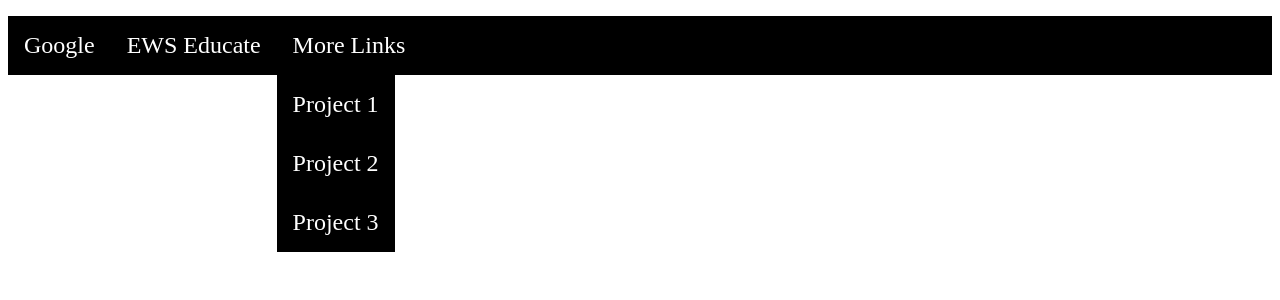
Repository: GiangNguyen2805/GiangNguyen2805.github.io
Page: index.html
The author's editor kept a record of every edit. The page is drawn from the files as they stood at one moment, then again after the next edit.
The browser window is 1280 px wide. The pictures show the whole page.

Above is the page before.

### index.html
<!DOCTYPE html>
<html>
<head>
<title>Page Title</title>
<style>
    .navbar{
        list-style: none;
        background-color: black;
        overflow: hidden;
        padding: 0;
    }
    .navbar a, .dropdown div{
        text-decoration: none;
        color: white ;
        font-size: 24px;
        padding: 16px;
        display: inline-block;
    }
   .navbar li{
       float: left;
   }
   .navbar li:hover{
       background-color: blue;
   }
   .dropdown-content{
       list-style: none;
       padding: 0;
       display: none;
       position: absolute;
       z-index: 1;
       background-color: black
   }
   .dropdown-content li{
       float: none;
   }
   .dropdown:hover, .dropdown-content{
       display: block;
   }
</style>


</head>
<body>

<ul class="navbar">
<li><a href="https://www.google.com">Google</a></li>
<li><a href="https://www.awseducate.com">EWS Educate</a></li>
<li class="dropdown">
    <div>More Links</div>
    <ul class="dropdown-content">
        <li><a href="a">Project 1</a></li>
        <li><a href="a">Project 2</a></li>
        <li><a href="a">Project 3</a></li>

    </ul>
</li>
</body>
</html>

After the next edit:
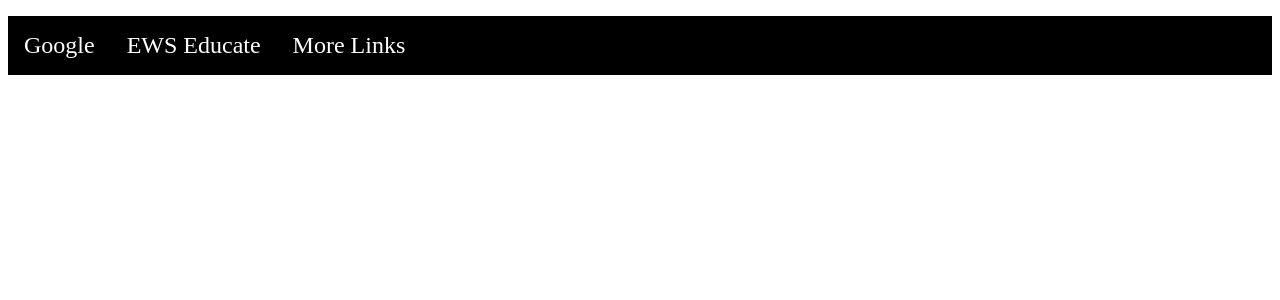
The edit:
--- a/index.html
+++ b/index.html
@@ -33,7 +33,7 @@
    .dropdown-content li{
        float: none;
    }
-   .dropdown:hover, .dropdown-content{
+   .dropdown:hover .dropdown-content{
        display: block;
    }
 </style>
